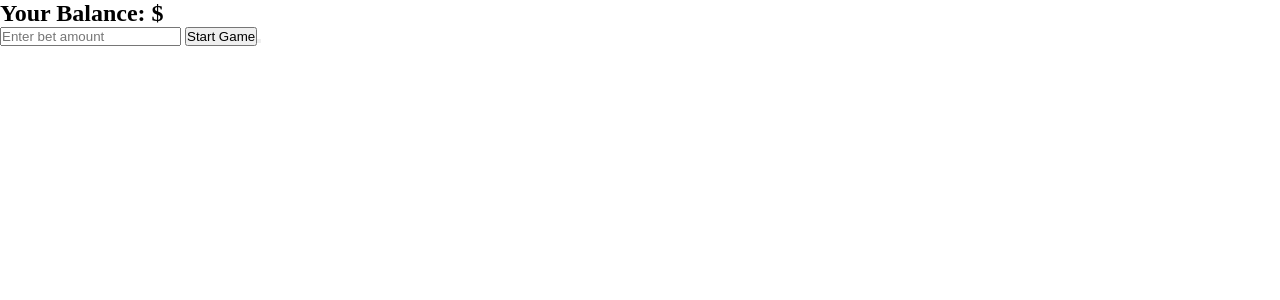
Repository: raghhavv03/javascript-practice
Page: task-5/bet.html
The author's editor kept a copy of each file at every save. The page is drawn from the files as they stood at one save, then again after the next save.
The browser window is 1280 px wide. The pictures show the whole page.

Above is the page before, as saved 2026-02-09 00:28:34.
Console error: TypeError: Cannot read properties of null (reading 'addEventListener')

### task-5/bet.html
<!DOCTYPE html>
<html>
    <head>
        <title>BlackJack</title>
        <link rel="stylesheet" href="./css/style.css">
        <script src="./js/index.js" defer></script>
    </head>
    <body>
        <h2>Your Balance: $<span id="balance"></span></h2>

        <input type="number" id="bet-input" placeholder="Enter bet amount">
        <button id="start-game-btn">Start Game<button>
    </body>
</html>

### task-5/css/style.css
* {
    margin: 0;
    padding: 0;
    box-sizing: border-box;
}

### task-5/js/index.js
const addMoneyBtn = document.getElementById("add-money-btn")
const errorMsg = document.getElementById("error-msg")

addMoneyBtn.addEventListener("click", function() {
    const amount = document.getElementById("money-input").value

    if (amount <= 0) {
        errorMsg.textContent = "Please enter a valid amount"
        return
    }

    localStorage.setItem("balance", amount)
    window.location.href = "bet.html"
})

After the next save:
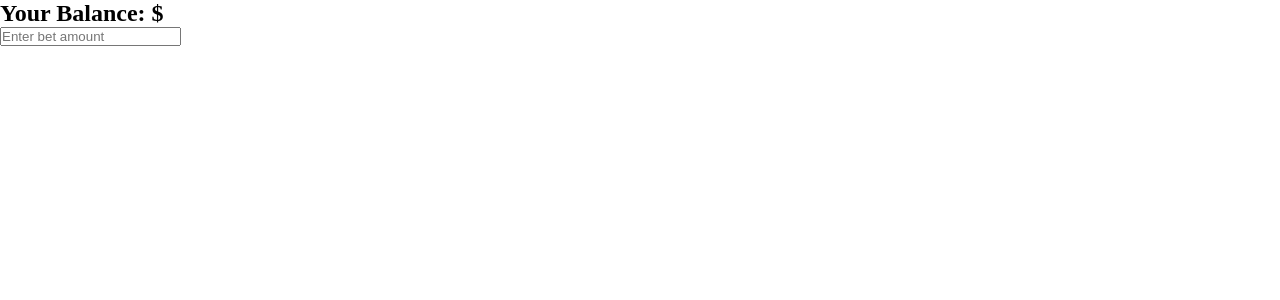
Saved 16 s later.
--- a/task-5/bet.html
+++ b/task-5/bet.html
@@ -9,6 +9,6 @@
         <h2>Your Balance: $<span id="balance"></span></h2>
 
         <input type="number" id="bet-input" placeholder="Enter bet amount">
-        <button id="start-game-btn">Start Game<button>
+        <butt
     </body>
 </html>
